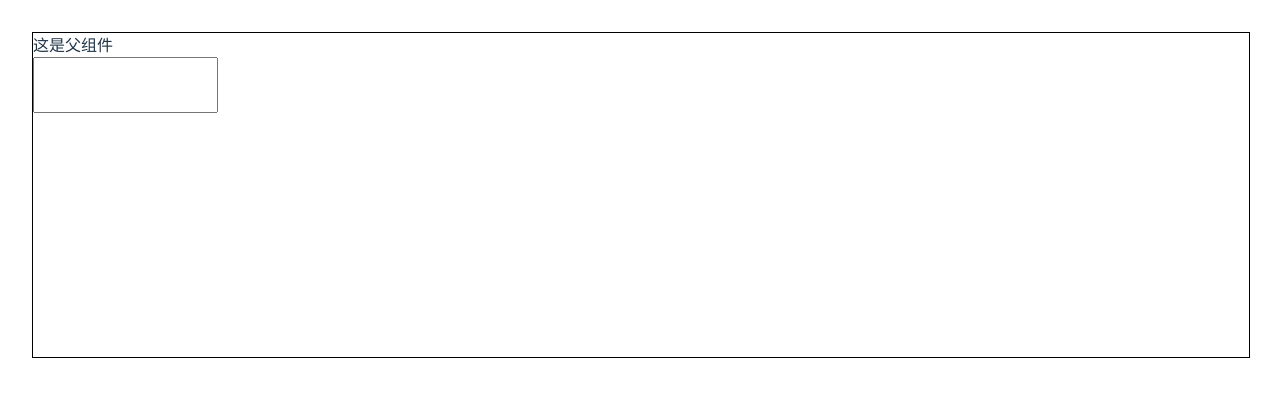
Repository: LeeypOR/management-system
Page: /
An editor plug-in stored every save of this project. The page is shown before and after a run of saves, followed by the edit.
The browser window is 1280 px wide. The pictures show the whole page.
The project was rebuilt for these pictures with package versions that can differ from the ones it lists, and the page was loaded fresh each time. Also part of the build but not shown: vite.config.ts.

Above is the page before, as saved 2023-02-24 13:05:10.
Console error: SyntaxError: Cannot use import statement outside a module

After the next 2 saves:
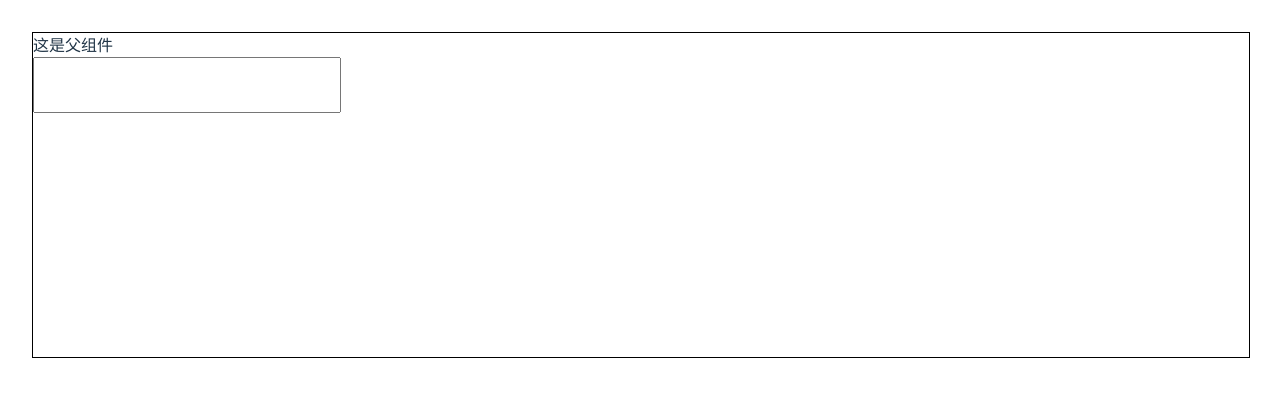
The 2 saves are shown as one change because they came seconds apart.
The last was saved 13 s later.
--- a/src/components/TransitionTest.vue
+++ b/src/components/TransitionTest.vue
@@ -12,5 +12,6 @@
 <style>
 .input{
   height: 50px;
+  width: 300px;
 }
 </style>
